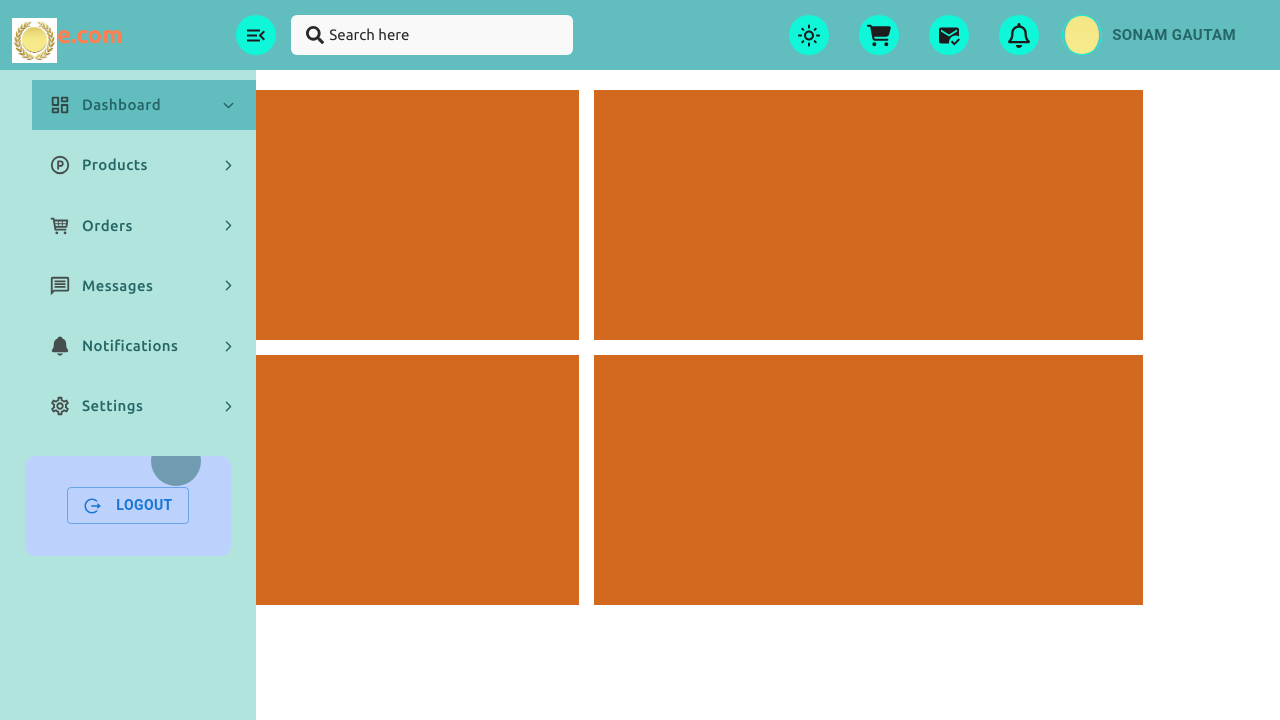
Repository: gautamsonam011/admin-react-dashboard
Page: /
An editor plug-in stored every save of this project. The page is shown before and after the next save, followed by the edit.
The browser window is 1280 px wide. The pictures show the whole page.
The project was rebuilt for these pictures with package versions that can differ from the ones it lists, and the page was loaded fresh each time.

Above is the page before, as saved 2025-04-16 11:12:50.

After the next save:
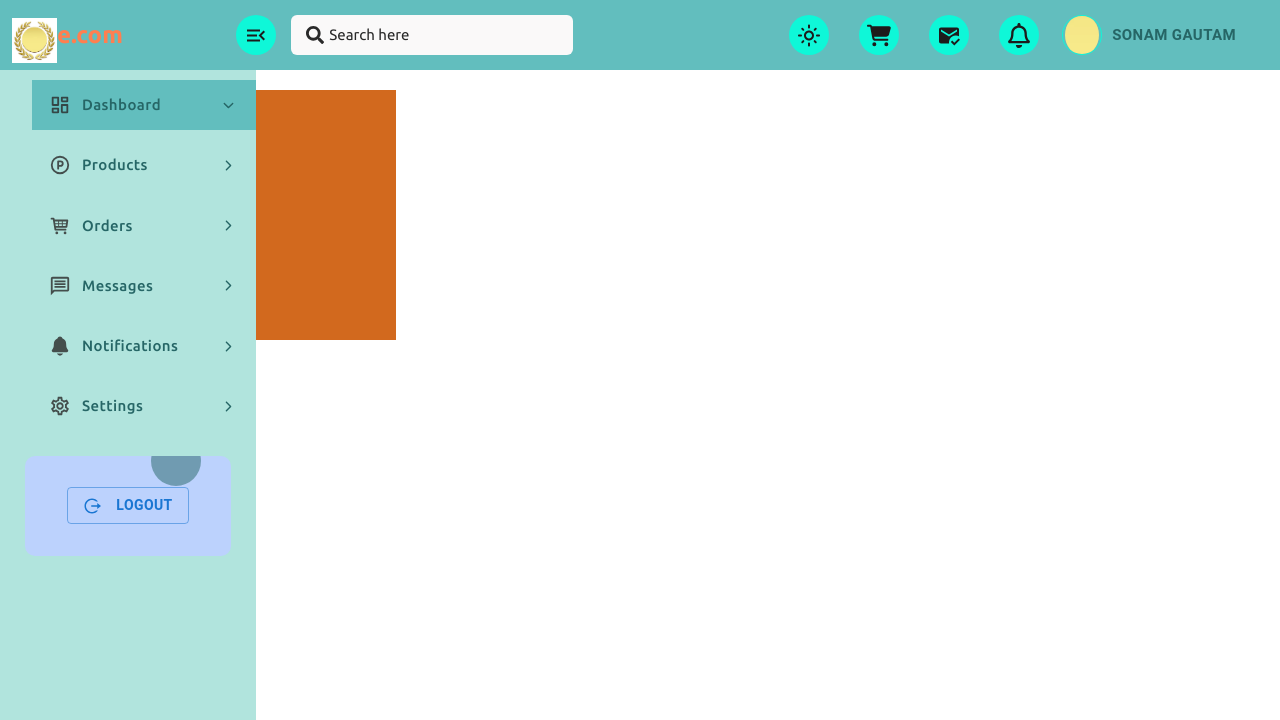
Saved 102 s later.
--- a/src/pages/Dashboard/Dashboard.jsx
+++ b/src/pages/Dashboard/Dashboard.jsx
@@ -1,11 +1,12 @@
 const Dashboard = () =>{
     return (
         <div className="right-content w-100">
-            <div className="dashboardBoxWrapper d-flex">
-            <div className="dashboardBox"></div>
-            <div className="dashboardBox"></div>
-            <div className="dashboardBox"></div>
-            <div className="dashboardBox"></div>
+            <div>
+                <div className="col-md-8">
+                <div className="dashboardBoxWrapper d-flex">
+                <div className="dashboardBox"></div>
+                </div>
+                </div>
             </div>
         </div>
     )
